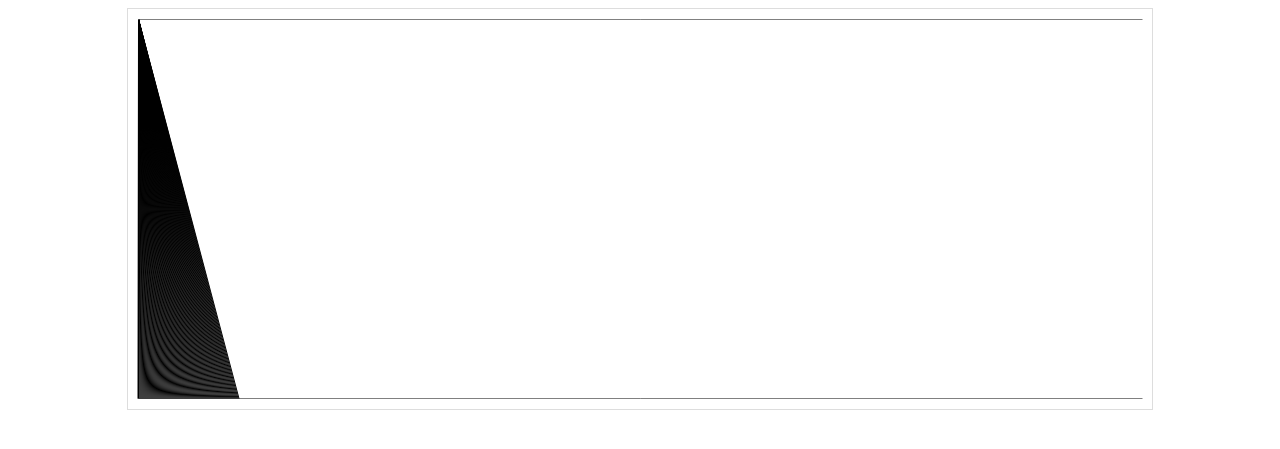
Repository: cw19931024/Demo
Page: canvas.html
The author's editor kept a copy of each file at every save. The page is drawn from the files as they stood at one save, then again after a run of saves.
The browser window is 1280 px wide. The pictures show the whole page.

Above is the page before, as saved 2017-07-26 18:03:16.

After the next 2 saves:
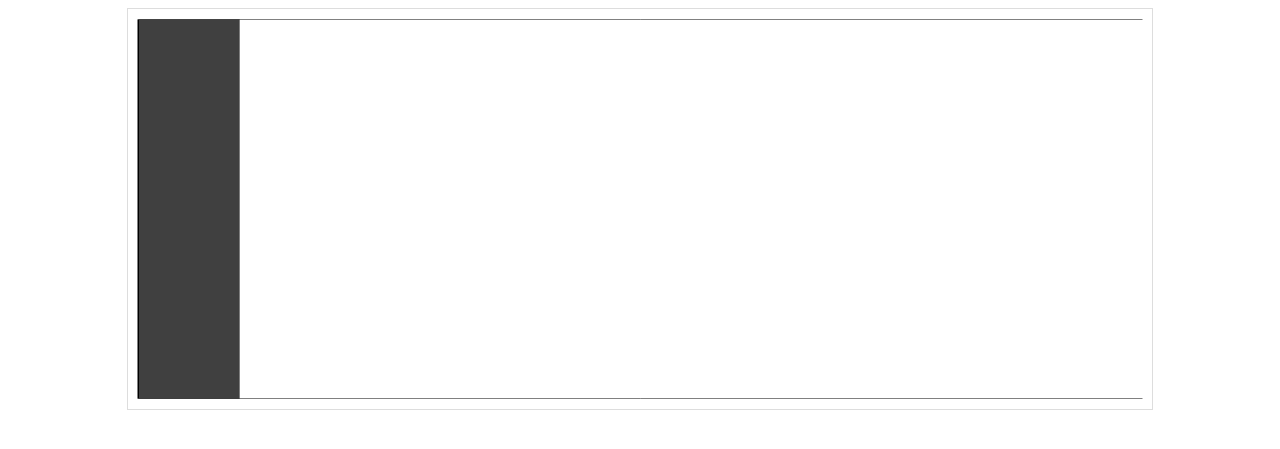
The 2 saves are shown as one change because they came seconds apart.
The last was saved 10 s later.
--- a/canvas.html
+++ b/canvas.html
@@ -54,7 +54,7 @@
         context.beginPath();
         context.lineWidth = 1;
         context.moveTo(i +10, height - padding - 10);
-        context.lineTo(padding + 0.5, padding + 10);
+        context.lineTo(i + 10, padding + 10);
         context.stroke();
     }
 </script>
